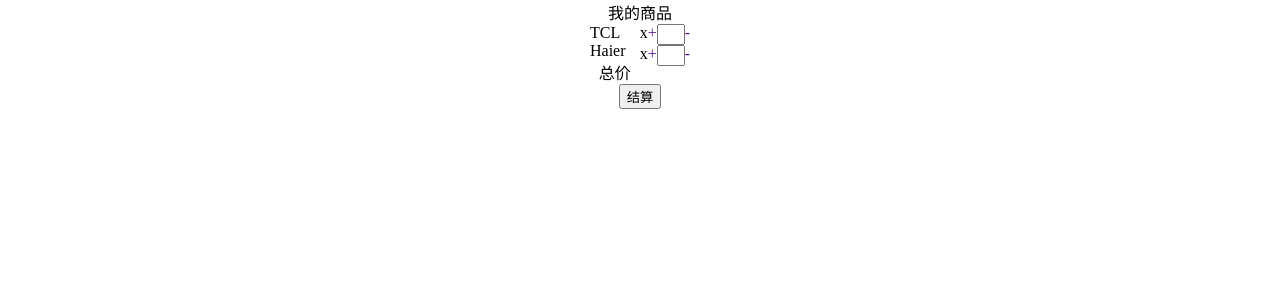
Repository: R1Deemo/Vue
Page: 10购物车.html
The author's editor kept a copy of each file at every save. The page is drawn from the files as they stood at one save, then again after the next save.
The browser window is 1280 px wide. The pictures show the whole page.

Above is the page before, as saved 2022-11-14 15:20:36.

### 10购物车.html
<!DOCTYPE html>
<html lang="en">

<head>
    <meta charset="UTF-8">
    <meta http-equiv="X-UA-Compatible" content="IE=edge">
    <meta name="viewport" content="width=device-width, initial-scale=1.0">
    <title>Document</title>
    <link rel="stylesheet" href="/css/购物车.css">
</head>

<body>
    <div id="app">
        <div class="container">
            <my-cart></my-cart>
        </div>
    </div>
    <script src="https://cdn.jsdelivr.net/npm/vue/dist/vue.js"></script>
    <script>
        var CartTitle = {
            template: `<div class="title">我的商品</div>`
        }
        var CartList = {
            template: `
            <div id='main'>
                <div class='item'>
                    <div class="name">TCL</div>
                    <div class="change">
                        <a href="">-</a>
                        <input type='text' class='num'/>
                        <a href="">+</a>
                    </div>
                    <div class='del'>x</div>
                </div>
                <div class='item'>
                    <div class="name">Haier</div>
                    <div class="change">
                        <a href="">-</a>
                        <input type='text' class='num'/>
                        <a href="">+</a>
                    </div>
                    <div class='del'>x</div>
                </div>
            </div>`

        }
        var CartTotal = {
            template: ` <div class="total">
                    <span>总价</span>
                    <button>结算</button>
                </div>`
        }
        Vue.component('my-cart', {
            template: `
            <div  class="cart">
                <cart-title></cart-title>
                <cart-list></cart-list>
                <cart-total></cart-total>
                </div>
            `,
            components: {
                'cart-title': CartTitle,
                'cart-list': CartList,
                'cart-total': CartTotal,

            }
        })
        var vm = new Vue({
            el: '#app',
            data: {

            }
        })
    </script>
</body>

</html>

### css/购物车.css
body,
html {
    margin: 0;
    padding: 0;
}


/* .item {
    width: 200px;
} */

.container {
    margin: 0 auto;
    text-align: center;
}

.change {
    float: right;
}

.del {
    float: right;
}

a {
    text-decoration: none;
    float: right;
}

.num {
    width: 20px;
    float: right;
}

.name {
    float: left;
}

.cart {
    width: 100px;
    height: 100px;
    margin: 0 auto;
}

After the next save:
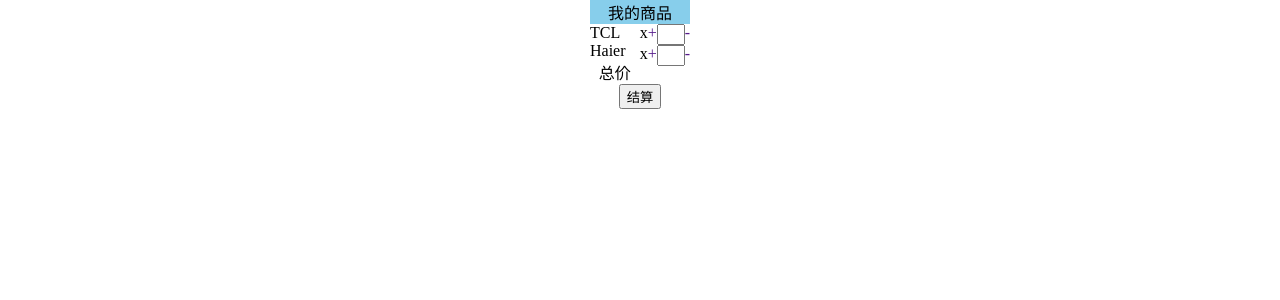
Saved 70 s later.
--- a/css/购物车.css
+++ b/css/购物车.css
@@ -8,6 +8,10 @@
 /* .item {
     width: 200px;
 } */
+
+.title {
+    background-color: skyblue;
+}
 
 .container {
     margin: 0 auto;
